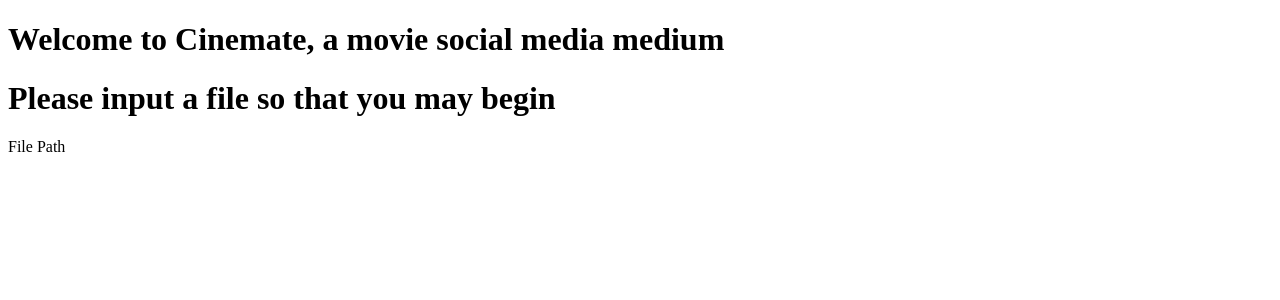
Repository: ir1998/cs201
Page: Assignment2/WebContent/GetFile.html
These files come from the project's save history. The page is drawn as it stood at one moment and after the next save; the edit follows.
The browser window is 1280 px wide. The pictures show the whole page.

Above is the page before, as saved 2017-02-09 22:22:43.

### Assignment2/WebContent/GetFile.html
<!DOCTYPE html>
<html>
<head>
<meta charset="UTF-8">
<title>Cinemate</title>
</head>
<body>
<h1>Welcome to Cinemate, a movie social media medium</h1>
<h1>Please input a file so that you may begin</h1>
<form name="firstform" method="GET" action="SaveFile.jsp">
	<td>File Path</td><br>
	<td input type="text" name="file"></td>
	<td input type="submit" value="Submit"></td>
</form>

</body>
</html>

After the next save:
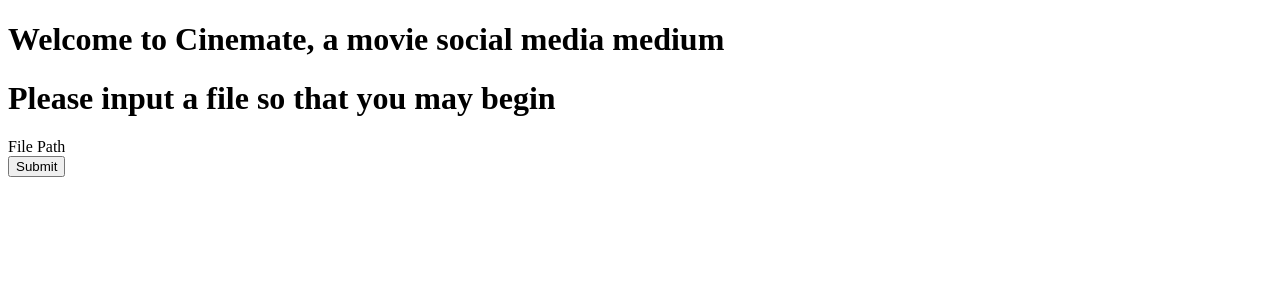
Saved 2 min 19 s later.
--- a/Assignment2/WebContent/GetFile.html
+++ b/Assignment2/WebContent/GetFile.html
@@ -7,11 +7,12 @@
 <body>
 <h1>Welcome to Cinemate, a movie social media medium</h1>
 <h1>Please input a file so that you may begin</h1>
-<form name="firstform" method="GET" action="SaveFile.jsp">
+<form id="form1" method="GET" action="SaveFile.jsp">
 	<td>File Path</td><br>
 	<td input type="text" name="file"></td>
 	<td input type="submit" value="Submit"></td>
 </form>
+<button type="submit" form="form1" value="Submit">Submit</button>
 
 </body>
 </html>
